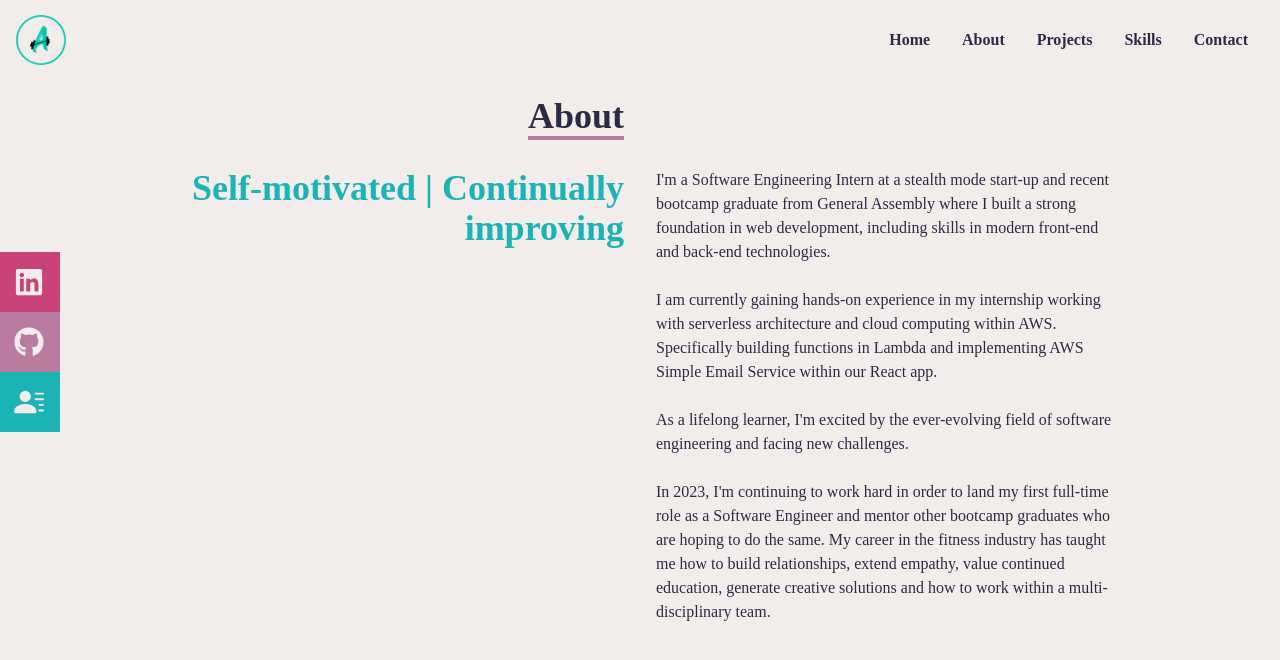
Repository: thecoachanna/Dev-Portfolio
Page: /about
The author's editor kept a copy of each file at every save. The page is drawn from the files as they stood at one save, then again after a run of saves.
The browser window is 1280 px wide. The pictures show the whole page.
The project was rebuilt for these pictures with package versions that can differ from the ones it lists, and the page was loaded fresh each time. Also part of the build but not shown: src/components/Home.jsx, src/components/Projects.jsx, src/components/Skills.jsx, src/components/Contact.jsx.

Above is the page before, as saved 2023-01-31 09:05:32.

After the next 2 saves:
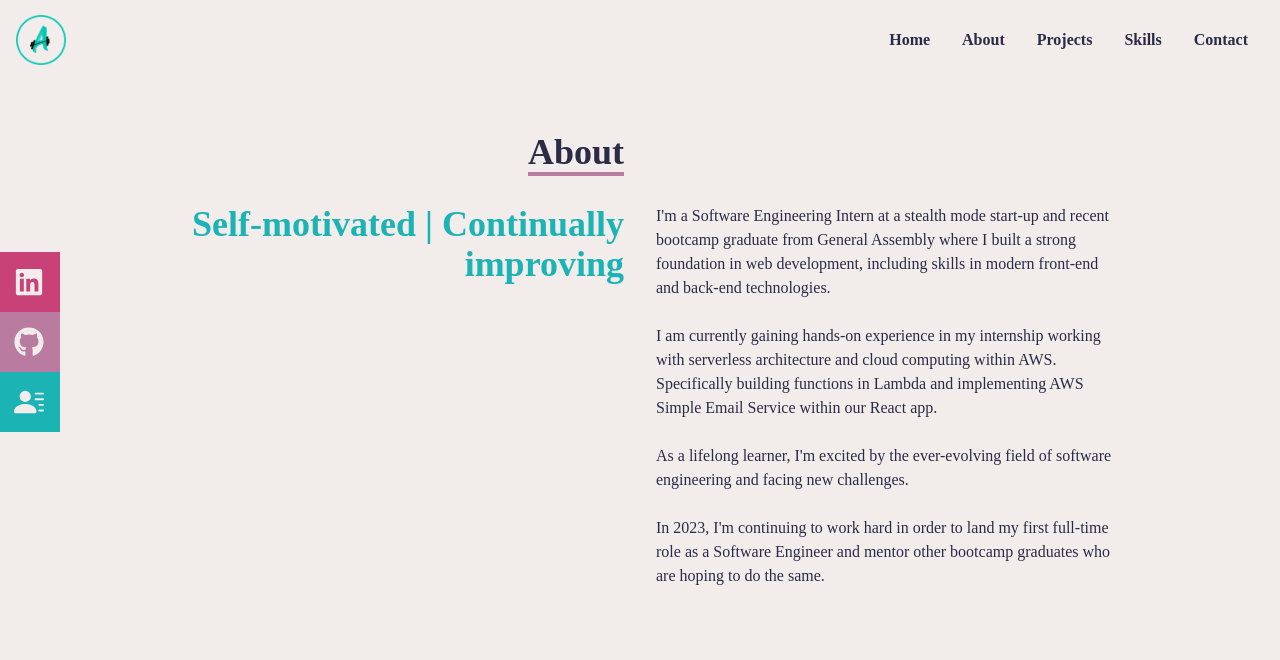
The 2 saves are shown as one change because they came seconds apart.
The last was saved 96 s later.
--- a/src/components/About.jsx
+++ b/src/components/About.jsx
@@ -23,7 +23,7 @@ const About = () => {
               <br></br>
               <p>As a lifelong learner, I'm excited by the ever-evolving field of software engineering and facing new challenges.</p>
               <br></br>
-              <p>In 2023, I'm continuing to work hard in order to land my first full-time role as a Software Engineer and mentor other bootcamp graduates who are hoping to do the same. My career in the fitness industry has taught me how to build relationships, extend empathy, value continued education, generate creative solutions and how to work within a multi-disciplinary team.</p>
+              <p>In 2023, I'm continuing to work hard in order to land my first full-time role as a Software Engineer and mentor other bootcamp graduates who are hoping to do the same.</p>
               </div>
             </div>
         </div>
